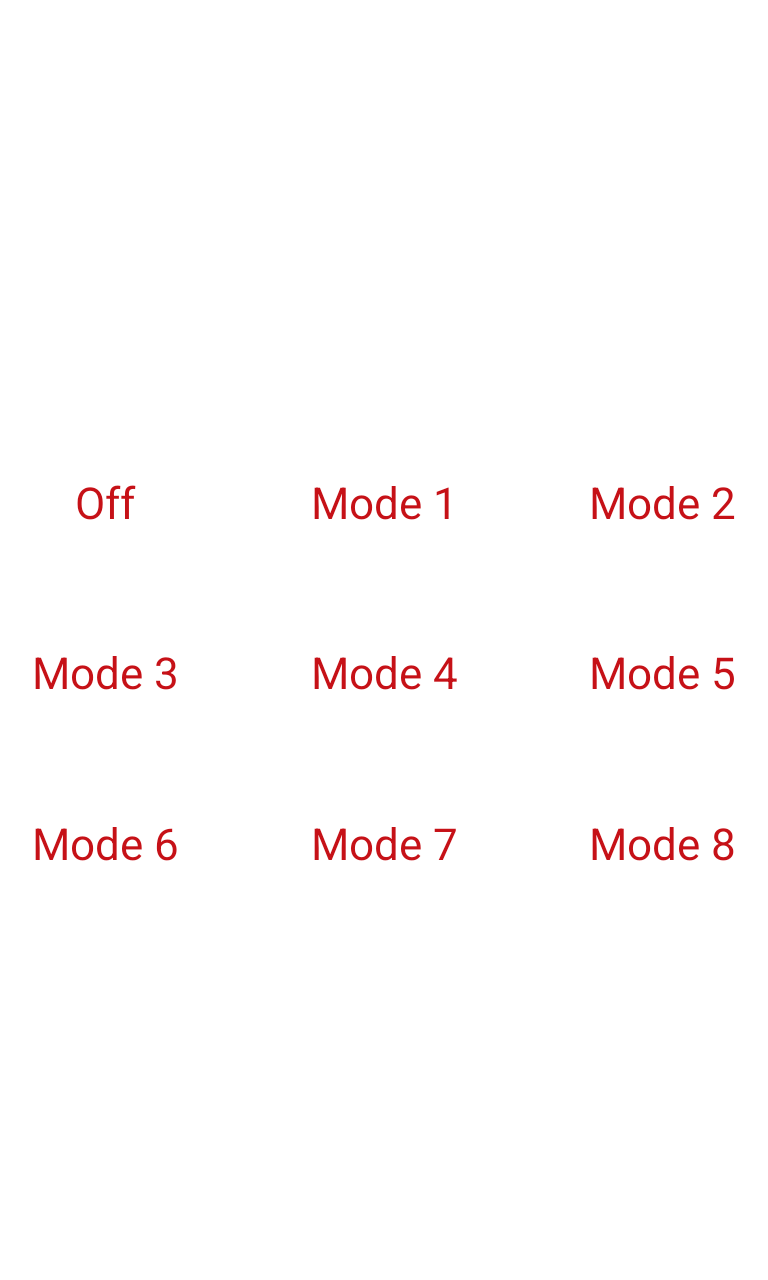
Repository: DigitasLabsParis/UnicornHorn
Layout: AndroidApp/UnicHorn/res/layout/activity_main.xml
These files come from the project's save history. The layout is drawn as it stood at one moment and after the next save; the edit follows.
It is drawn on a 768 x 1280 px phone screen (xhdpi) without system bars, with theme AppTheme; the app's code is not run.

Above is the layout before, as saved 2015-01-06 15:33:20.

After the next save:
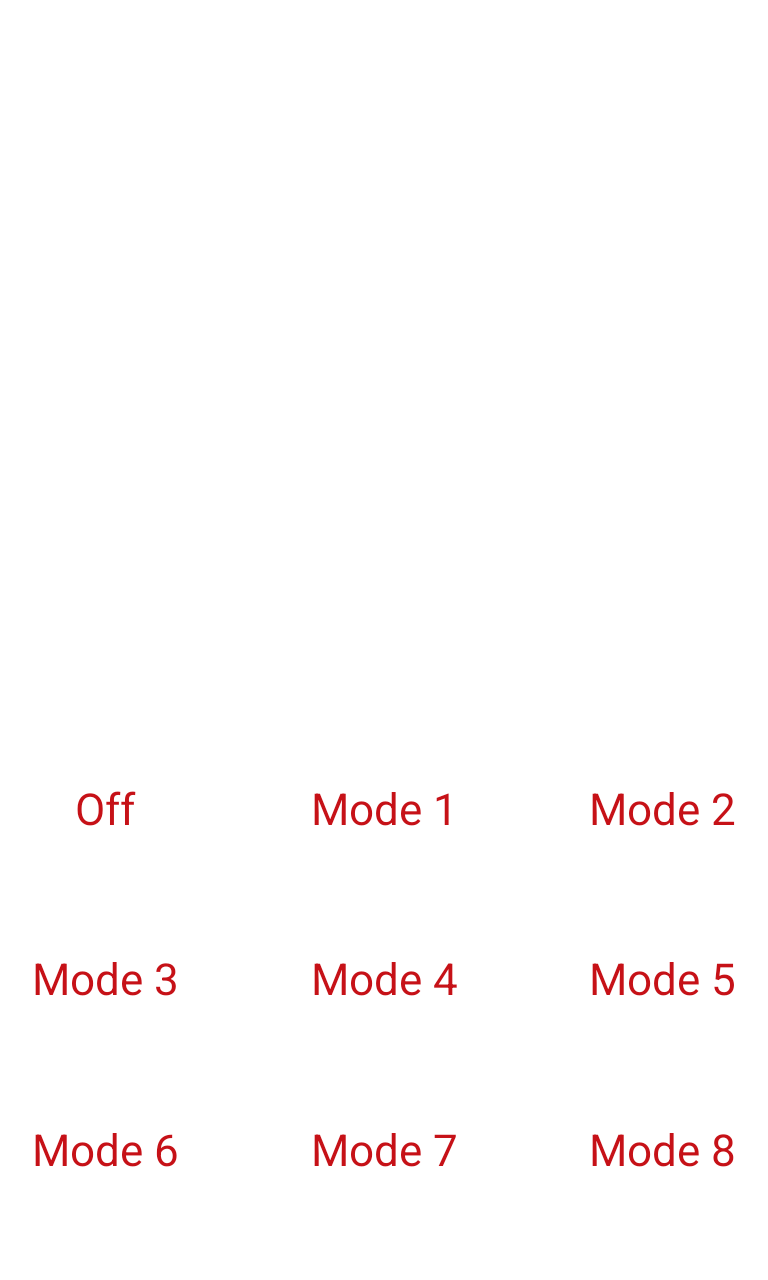
Saved 62 s later.
--- a/AndroidApp/UnicHorn/res/layout/activity_main.xml
+++ b/AndroidApp/UnicHorn/res/layout/activity_main.xml
@@ -19,8 +19,6 @@
 	        android:id="@+id/seekBar1"
 	        android:layout_width="match_parent"
 	        android:layout_height="wrap_content"
-	        android:layout_alignParentLeft="true"
-	        android:layout_alignParentTop="true"
 	        android:layout_column="1"
             android:layout_row="0"
 	        android:layout_marginTop="162dp" />
@@ -42,10 +40,11 @@
     <GridLayout
         android:layout_width="fill_parent"
         android:layout_height="200dp"
-        android:layout_alignParentTop="true"
-        android:layout_marginTop="220dp"
+        android:layout_alignParentBottom="true"
+        android:layout_centerHorizontal="true"
+        android:layout_marginBottom="35dp"
         android:columnCount="3"
-    	android:rowCount="3" >
+        android:rowCount="3" >
 
         <TextView
             android:id="@+id/textView1"
@@ -135,9 +134,6 @@
             android:text="Mode 8"
             android:textAppearance="?android:attr/textAppearanceLarge"
             android:textColor="#C61117" />
-
     </GridLayout>
 
-
-
 </RelativeLayout>
